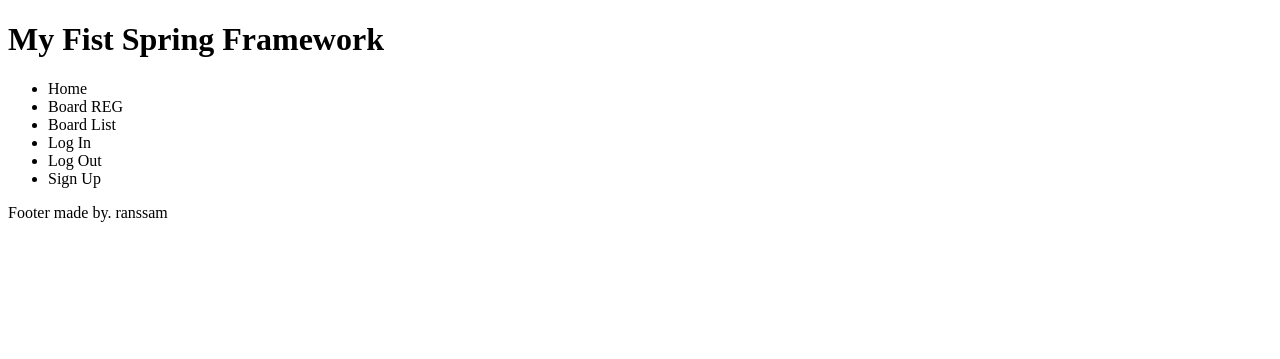
Repository: dhalfks/springSecurityTest
Page: http://localhost/springTest/WEB-INF/views/index.jsp
The author's editor kept a copy of each file at every save. The page is drawn from the files as they stood at one save, then again after the next save.
The browser window is 1280 px wide. The pictures show the whole page.
The page is served by Tomcat 9. Nobody is signed in. Other server files are loaded and not shown. The template is opened directly, without the code that normally fills it, so the values that code supplies are empty.

Above is the page before, as saved 2023-09-29 09:39:01.

### _spring_workspace/springTest/src/main/webapp/WEB-INF/views/index.jsp
<%@ page language="java" contentType="text/html; charset=UTF-8"
    pageEncoding="UTF-8"%>
<%@ taglib uri="http://java.sun.com/jsp/jstl/core" prefix="c" %>

<jsp:include page="common/header.jsp" />
<jsp:include page="common/nav.jsp" />


<jsp:include page="common/footer.jsp" />

### _spring_workspace/springTest/src/main/webapp/WEB-INF/views/common/header.jsp
<%@ page language="java" contentType="text/html; charset=UTF-8"
    pageEncoding="UTF-8"%>
    <%@ taglib prefix="c" uri="http://java.sun.com/jsp/jstl/core" %>
<!DOCTYPE html>
<html>
<head>
<meta charset="UTF-8">
<title>Insert title here</title>
</head>
<body>
	<h1>My Fist Spring Framework</h1>

### _spring_workspace/springTest/src/main/webapp/WEB-INF/views/common/nav.jsp
<%@ page language="java" contentType="text/html; charset=UTF-8"
    pageEncoding="UTF-8"%>
<%@ taglib prefix="c" uri="http://java.sun.com/jsp/jstl/core"%>
<%@ taglib prefix="sec" uri="http://www.springframework.org/security/tags" %>
<header>
<ul>
<li>Home</li>
<li>Board REG</li>
<li>Board List</li>
<li>Log In</li>
<li>Log Out</li>
<li>Sign Up</li>

</ul>
</header>

### _spring_workspace/springTest/src/main/webapp/WEB-INF/views/common/footer.jsp
<%@ page language="java" contentType="text/html; charset=UTF-8"
    pageEncoding="UTF-8"%>

<div>
	<span>Footer made by. ranssam</span>
</div>
</body>
</html>

After the next save:
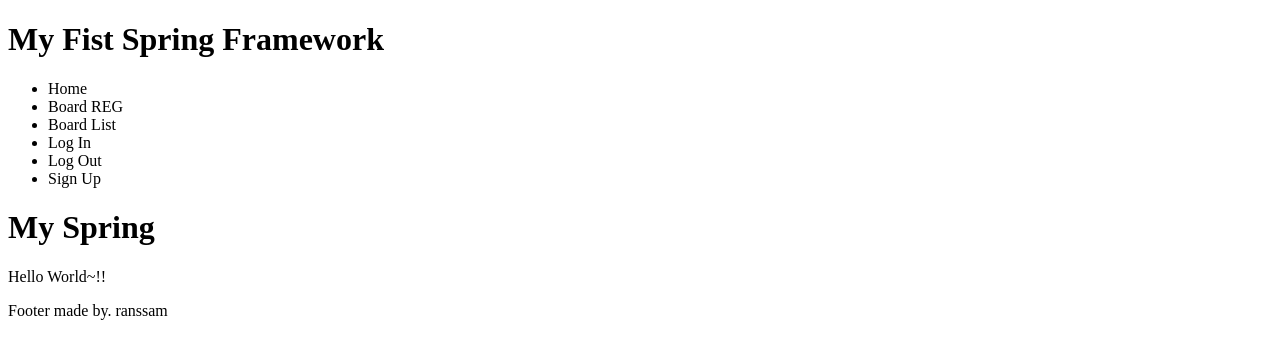
Saved 43 s later.
--- a/_spring_workspace/springTest/src/main/webapp/WEB-INF/views/index.jsp
+++ b/_spring_workspace/springTest/src/main/webapp/WEB-INF/views/index.jsp
@@ -5,5 +5,11 @@
 <jsp:include page="common/header.jsp" />
 <jsp:include page="common/nav.jsp" />
 
+<div>
+	<h1> My Spring </h1>
+	<p>
+		Hello World~!!
+	</p>
+</div>
 
 <jsp:include page="common/footer.jsp" />
